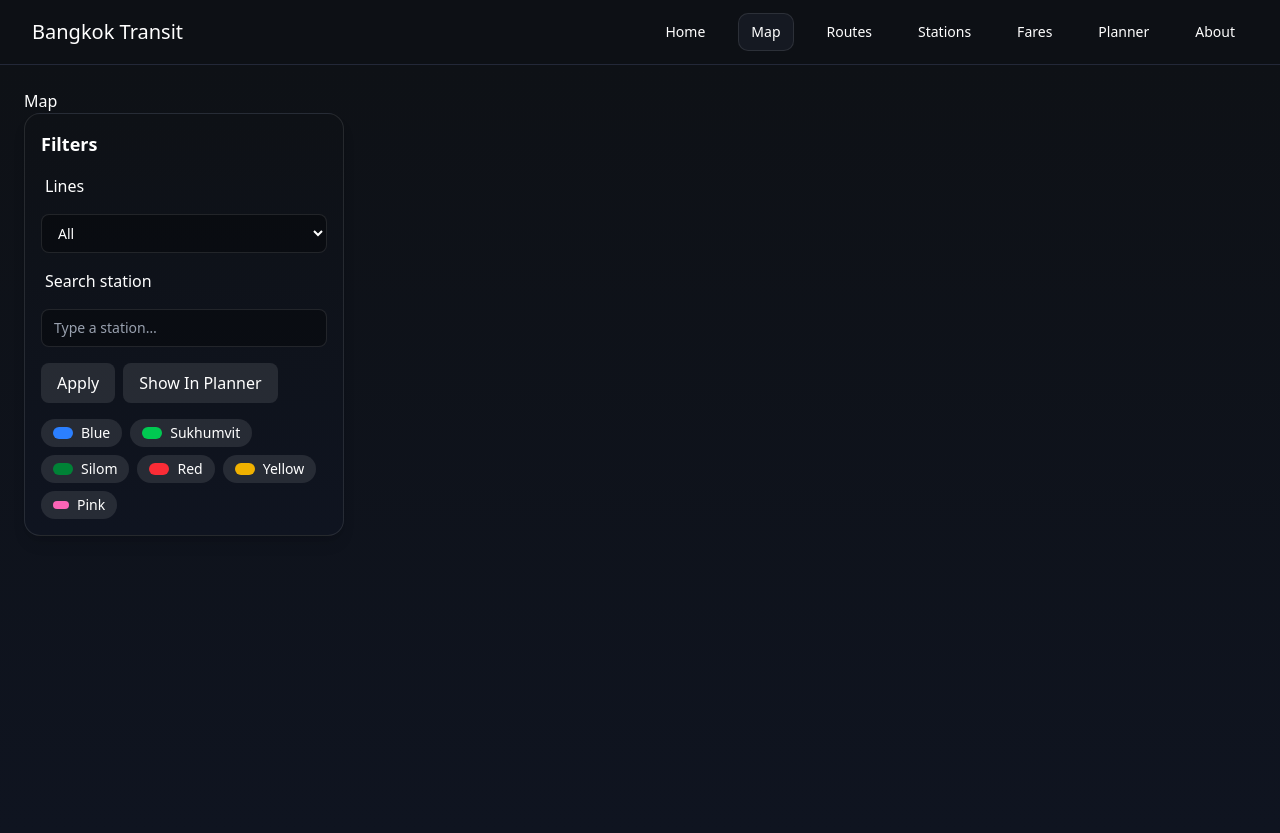
Repository: pyaestk/Bangkok-transit-map
Page: /map
These files come from the project's save history. The page is drawn as it stood at one moment and after the next save; the edit follows.
The browser window is 1280 px wide. The pictures show the whole page.
The project was rebuilt for these pictures with package versions that can differ from the ones it lists, and the page was loaded fresh each time. Also part of the build but not shown: vite.config.ts, src/pages/Home.tsx, src/pages/Planner.tsx, src/pages/Stations.tsx, src/pages/TrainRoutes.tsx, src/pages/Fares.tsx, src/pages/About.tsx.

Above is the page before, as saved 2025-10-04 10:08:11.

### index.html
<!doctype html>
<html lang="en">
  <head>
    <meta charset="UTF-8" />
    <link rel="icon" type="image/svg+xml" href="/vite.svg" />
    <meta name="viewport" content="width=device-width, initial-scale=1.0" />
    <title>bangkok-transit-map</title>
  </head>
  <body>
    <div id="root"></div>
    <script type="module" src="/src/main.tsx"></script>
  </body>
</html>

### src/main.tsx
import { StrictMode } from 'react'
import { createRoot } from 'react-dom/client'
import './index.css'
import App from './App.tsx'
import { BrowserRouter as Router } from 'react-router'

createRoot(document.getElementById('root')!).render(
  <StrictMode>
    <Router>
      <App />
    </Router>
  </StrictMode>,
)

### src/App.tsx
import "./App.css";
import NavBar from "./component/NavBar";
import { Routes, Route } from "react-router-dom";
import Home from "./pages/Home";
import Map from "./pages/Map";
import Planner from "./pages/Planner";
import Stations from "./pages/Stations";
import TrainRoutes from "./pages/TrainRoutes";
import Fares from "./pages/Fares";
import About from "./pages/About";


function App() {
  return (
    <div className="min-h-screen flex flex-col">
      {/* Navbar at the top */}
      <NavBar />

      {/* Main content area */}
      <main className="flex-1 p-6 bg-[linear-gradient(180deg,rgba(14,17,22,1)_0%,rgba(15,20,32,1)_100%)]">
        <Routes>
          <Route
            path="/"
            element={ <Home/> }
          />
          <Route
            path="/map"
            element={ <Map/> }
          />
          <Route
            path="/planner"
            element={ <Planner/>}
          />
          <Route
            path="/routes"
            element={<TrainRoutes/>}
          />
          <Route
            path="/stations"
            element={<Stations/>}
          />
          <Route
            path="/fares"
            element={<Fares/>}
          />
          <Route
            path="/about"
            element={<About/>}
          />
        </Routes>
      </main>
    </div>
  );
}

export default App;

### src/App.css
@import "tailwindcss";

:root {
  background: linear-gradient(180deg, rgba(14,17,22,1) 0%, rgba(15,20,32,1) 100%);
}

### src/component/NavBar.tsx
import { NavLink } from "react-router-dom";
import { useState } from "react";

function NavBar() {
  const [open, setOpen] = useState(false);

  const baseClasses =
    "px-3 py-2 text-sm border border-transparent block text-center";
  const inactiveClasses = "text-white transition-colors";
  const activeClasses = "bg-[#151922] border rounded-[10px] text-white border-white/10";

  const links = [
    { to: "/", label: "Home" },
    { to: "/map", label: "Map" },
    { to: "/routes", label: "Routes" },
    { to: "/stations", label: "Stations" },
    { to: "/fares", label: "Fares" },
    { to: "/planner", label: "Planner" },
    { to: "/about", label: "About" },
  ];

  return (
    <nav className="sticky top-0 z-50 bg-[#0e1116cc] border-b border-[#232838] backdrop-blur-[5px] backdrop-brightness-[100%] [-webkit-backdrop-filter:blur(5px)_brightness(100%)]">
      <div className="max-w-7xl mx-auto px-4 sm:px-6 lg:px-8">
        <div className="flex items-center justify-between h-16">
          {/* Left side (Logo / Brand) */}
          <div className="flex-shrink-0 text-white text-xl">
            Bangkok Transit
          </div>

          {/* Desktop links */}
          <div className="hidden md:flex space-x-5">
            {links.map((l) => (
              <NavLink
                key={l.to}
                to={l.to}
                className={({ isActive }) =>
                  `${baseClasses} ${isActive ? activeClasses : inactiveClasses}`
                }
              >
                {l.label}
              </NavLink>
            ))}
          </div>

          {/* Mobile hamburger button */}
          <div className="md:hidden">
            <button
              aria-label="Toggle menu"
              onClick={() => setOpen((s) => !s)}
              className="inline-flex items-center justify-center p-2 rounded-md text-white hover:bg-white/5 focus:outline-none focus:ring-2 focus:ring-white"
            >
              <span className="sr-only">Open main menu</span>
              {/* Hamburger / X icon */}
              <svg
                className={`h-6 w-6 ${open ? "hidden" : "block"}`}
                xmlns="http://www.w3.org/2000/svg"
                fill="none"
                viewBox="0 0 24 24"
                strokeWidth={2}
                stroke="currentColor"
                aria-hidden="true"
              >
                <path
                  strokeLinecap="round"
                  strokeLinejoin="round"
                  d="M3 6h18M3 12h18M3 18h18"
                />
              </svg>
              <svg
                className={`h-6 w-6 ${open ? "block" : "hidden"}`}
                xmlns="http://www.w3.org/2000/svg"
                fill="none"
                viewBox="0 0 24 24"
                strokeWidth={2}
                stroke="currentColor"
                aria-hidden="true"
              >
                <path
                  strokeLinecap="round"
                  strokeLinejoin="round"
                  d="M6 18L18 6M6 6l12 12"
                />
              </svg>
            </button>
          </div>
        </div>
      </div>

      {/* Mobile menu, shown when open is true */}
      <div className={`md:hidden ${open ? "block" : "hidden"} `}>
        <div className="px-2 pt-2 pb-3 space-y-1">
          {links.map((l) => (
            <NavLink
              key={l.to}
              to={l.to}
              onClick={() => setOpen(false)}
              className={({ isActive }) =>
                `${baseClasses} ${isActive ? activeClasses : inactiveClasses}`
              }
            >
              {l.label}
            </NavLink>
          ))}
        </div>
      </div>
    </nav>
  );
}

export default NavBar;

### src/pages/Map.tsx
import FiltersCard from "../component/FiltersCard";

export default function Map() {
  return (
    <div className="min-h-screen">
      <h1 className="text-white">Map</h1>
      <FiltersCard/>
    </div>
  )
}

### src/component/FiltersCard.tsx
export default function FiltersCard() {
  return (
    <div className="p-4 rounded-2xl bg-[linear-gradient(180deg,rgba(14,17,22,1)_0%,rgba(15,20,32,1)_100%)] border border-white/10 shadow-lg w-80 text-white">
      <h2 className="text-lg font-bold mb-4">Filters</h2>

      {/* Lines */}
      <label className="block my-4 mx-1">Lines</label>
      <select className="w-full px-3 py-2 rounded-lg bg-black/30 border border-white/10 focus:outline-none text-sm">
        <option>All</option>
        <option>Blue</option>
        <option>Red</option>
        <option>Yellow</option>
      </select>

      {/* Search station */}
      <label className="block my-4 mx-1">Search station</label>
      <input
        type="text"
        placeholder="Type a station…"
        className="w-full text-sm px-3 py-2 pr-8 rounded-lg bg-black/30 border border-white/10 placeholder-gray-400 focus:outline-none"
      />

      {/* Buttons */}
      <div className="flex space-x-2 mt-4">
        <button className="px-4 py-2 rounded-lg bg-white/10 hover:bg-white/20">Apply</button>
        <button className="px-4 py-2 rounded-lg bg-white/10 hover:bg-white/20">Show In Planner</button>
      </div>

      {/* Line Pills */}
      <div className="flex flex-wrap gap-2 mt-4 text-sm">
        <span className="flex items-center px-3 py-1 rounded-full bg-white/10">
          <span className="w-5 h-3 rounded-full bg-blue-500 mr-2"></span>
          Blue
        </span>
        <span className="flex items-center px-3 py-1 rounded-full bg-white/10">
          <span className="w-5 h-3 rounded-full bg-green-500 mr-2"></span>
          Sukhumvit
        </span>
        <span className="flex items-center px-3 py-1 rounded-full bg-white/10">
          <span className="w-5 h-3 rounded-full bg-green-700 mr-2"></span>
          Silom
        </span>
        <span className="flex items-center px-3 py-1 rounded-full bg-white/10">
            <span className="w-5 h-3 rounded-full bg-red-500 mr-2"></span> Red
        </span>
        <span className="flex items-center px-3 py-1 rounded-full bg-white/10">
            <span className="w-5 h-3 rounded-full bg-yellow-500 mr-2"></span> Yellow
        </span>
        <span className="flex items-center px-3 py-1 rounded-full bg-white/10">
            <span className="w-4 h-2 rounded-full bg-pink-400 mr-2"></span> Pink
        </span>
      </div>
    </div>
  )
}

Loaded but not shown: src/index.css (common file)

After the next save:
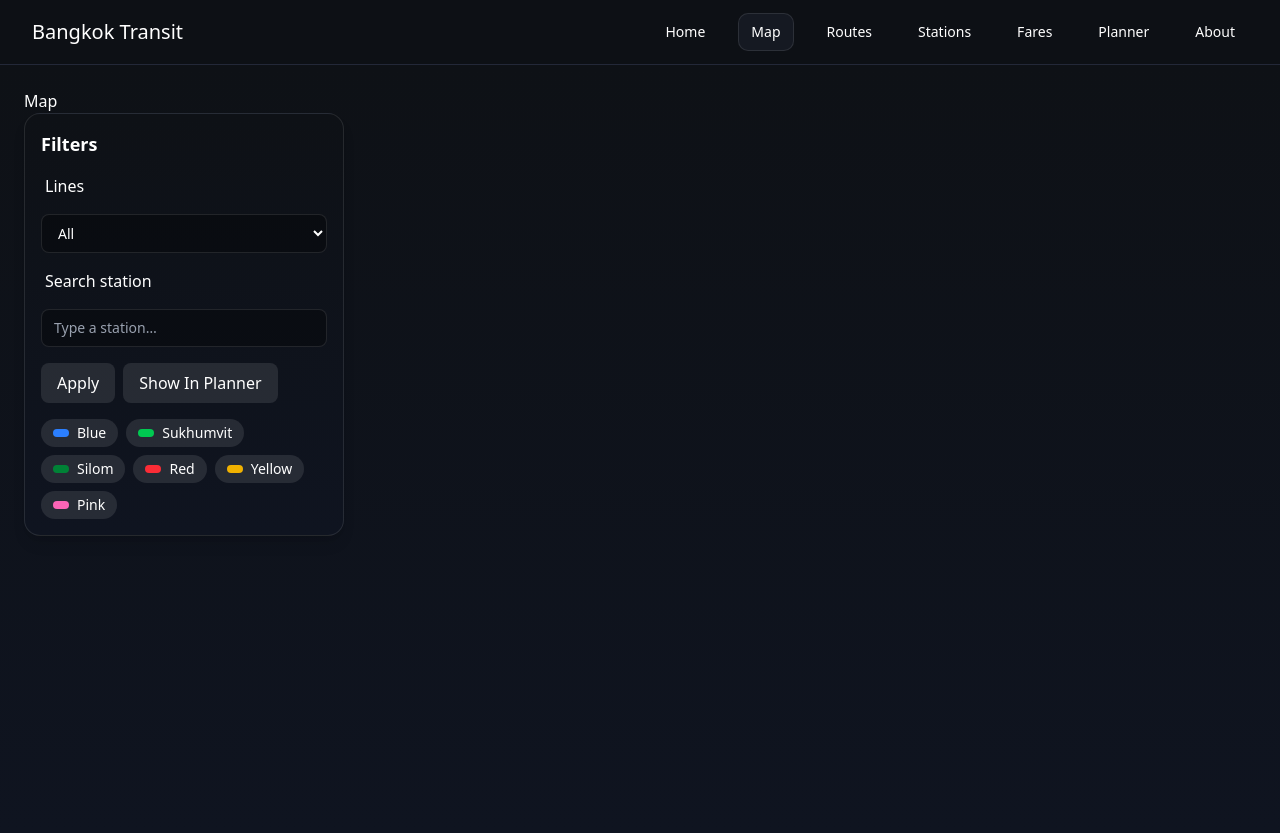
Saved 13 s later.
--- a/src/component/FiltersCard.tsx
+++ b/src/component/FiltersCard.tsx
@@ -29,22 +29,22 @@ export default function FiltersCard() {
       {/* Line Pills */}
       <div className="flex flex-wrap gap-2 mt-4 text-sm">
         <span className="flex items-center px-3 py-1 rounded-full bg-white/10">
-          <span className="w-5 h-3 rounded-full bg-blue-500 mr-2"></span>
+          <span className="w-4 h-2 rounded-full bg-blue-500 mr-2"></span>
           Blue
         </span>
         <span className="flex items-center px-3 py-1 rounded-full bg-white/10">
-          <span className="w-5 h-3 rounded-full bg-green-500 mr-2"></span>
+          <span className="w-4 h-2 rounded-full bg-green-500 mr-2"></span>
           Sukhumvit
         </span>
         <span className="flex items-center px-3 py-1 rounded-full bg-white/10">
-          <span className="w-5 h-3 rounded-full bg-green-700 mr-2"></span>
+          <span className="w-4 h-2 rounded-full bg-green-700 mr-2"></span>
           Silom
         </span>
         <span className="flex items-center px-3 py-1 rounded-full bg-white/10">
-            <span className="w-5 h-3 rounded-full bg-red-500 mr-2"></span> Red
+            <span className="w-4 h-2 rounded-full bg-red-500 mr-2"></span> Red
         </span>
         <span className="flex items-center px-3 py-1 rounded-full bg-white/10">
-            <span className="w-5 h-3 rounded-full bg-yellow-500 mr-2"></span> Yellow
+            <span className="w-4 h-2 rounded-full bg-yellow-500 mr-2"></span> Yellow
         </span>
         <span className="flex items-center px-3 py-1 rounded-full bg-white/10">
             <span className="w-4 h-2 rounded-full bg-pink-400 mr-2"></span> Pink
